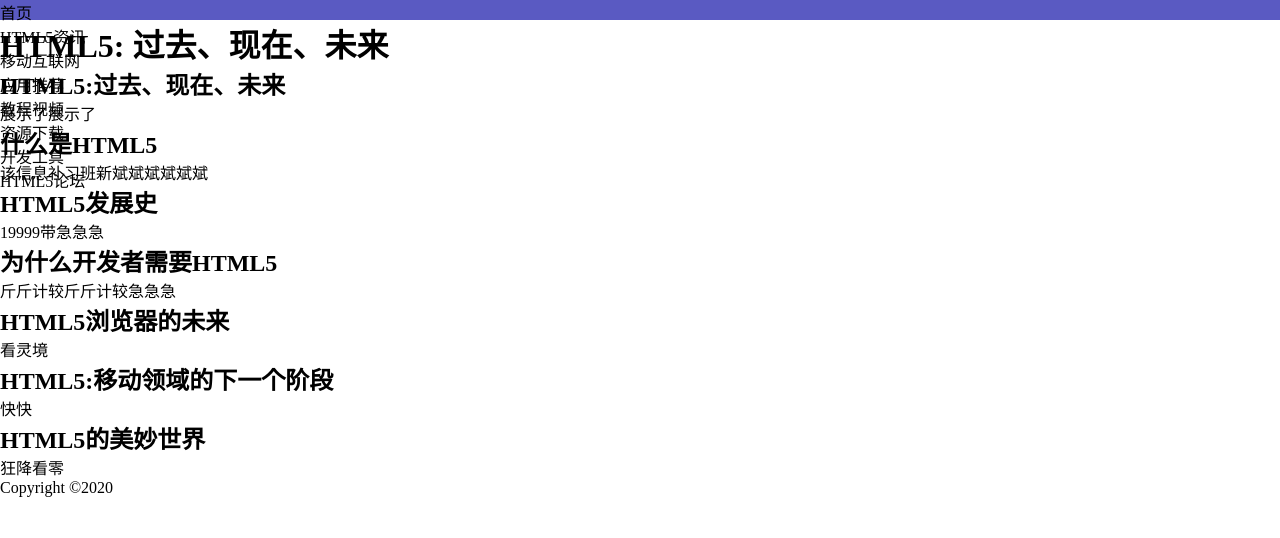
Repository: LstHeart/html-learning
Page: css/案例作业2.html
These files come from the project's save history. The page is drawn as it stood at one moment and after the next save; the edit follows.
The browser window is 1280 px wide. The pictures show the whole page.

Above is the page before, as saved 2021-01-05 21:38:42.

After the next save:
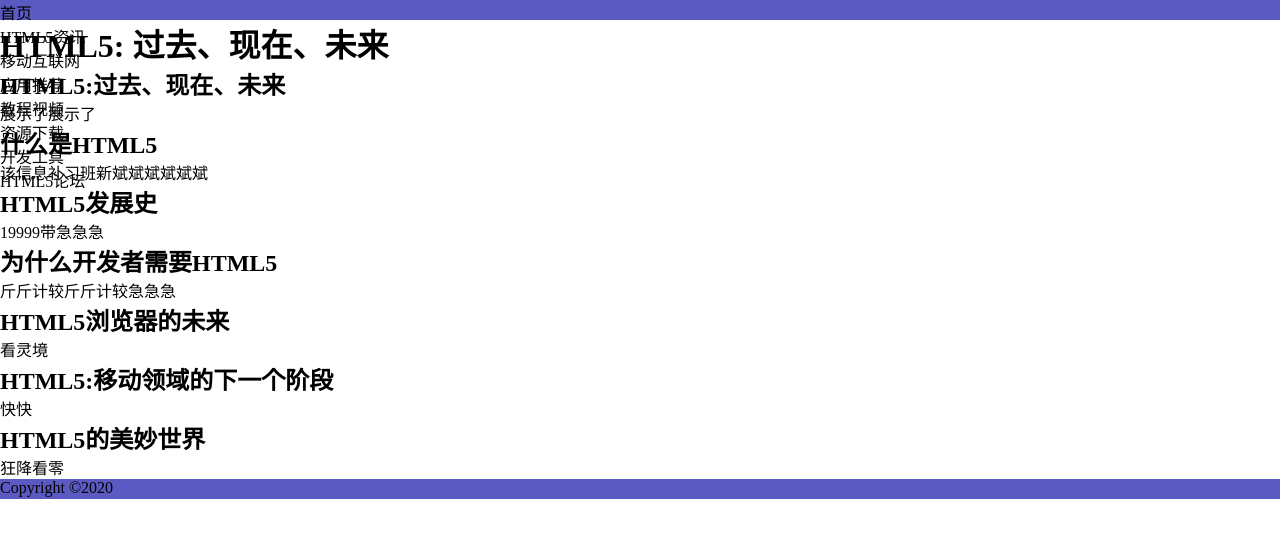
Saved 47 s later.
--- a/css/html5.css
+++ b/css/html5.css
@@ -8,10 +8,10 @@ li{
 a{
     text-decoration: none;
 }
-.header,.content,.footer{
-    width: 100%;
+.content{
+    background-color: #fff;
 }
-.header{
+.header,.footer{
     height: 20px;
     background-color: #5a5ac2;
 }
